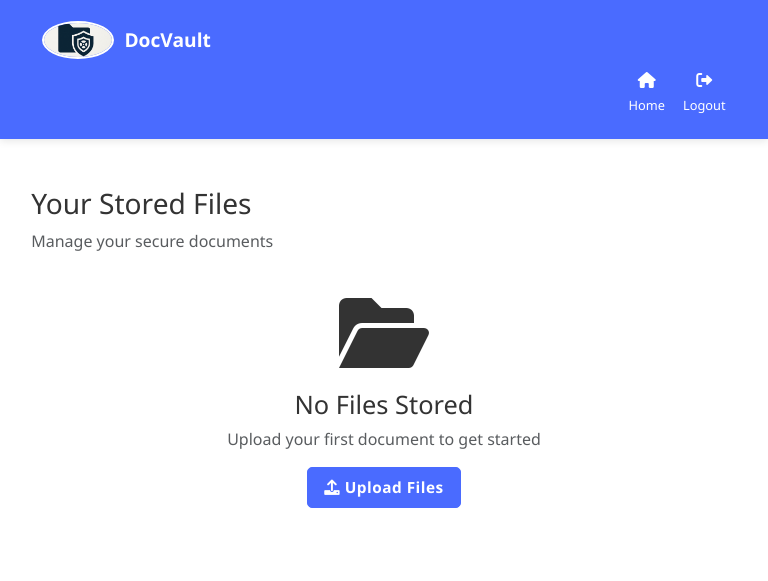
Repository: Satyaveni-Devisetti/DocVault
Page: storedfiles.html
An editor plug-in stored every save of this project. The page is shown before and after the next save, followed by the edit.
The browser window is 768 px wide. The pictures show the whole page.

Above is the page before, as saved 2025-04-28 14:21:37.

After the next save:
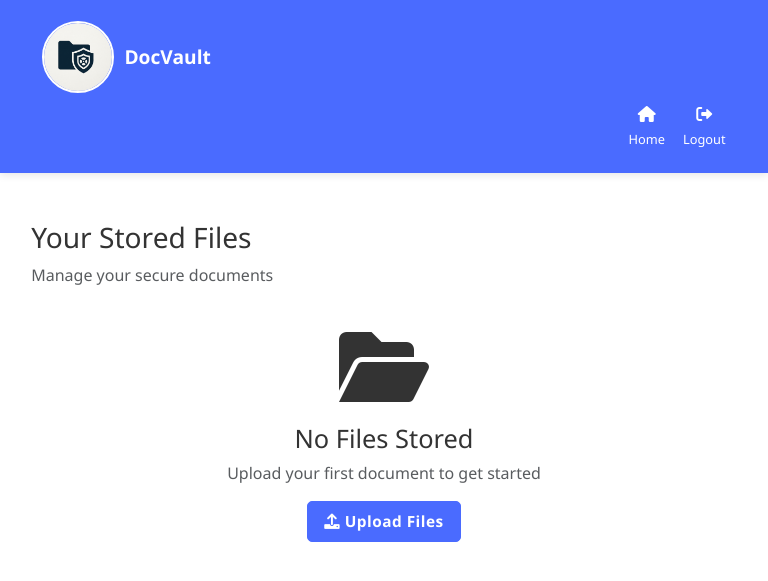
Saved 10 s later.
--- a/storedfiles.html
+++ b/storedfiles.html
@@ -59,7 +59,7 @@
                 font-size: 1.2rem;
             }
             .navbar-logo {
-                height: 72;
+                height: 72px;
                 width: 72px;
             }
             .nav-link {
